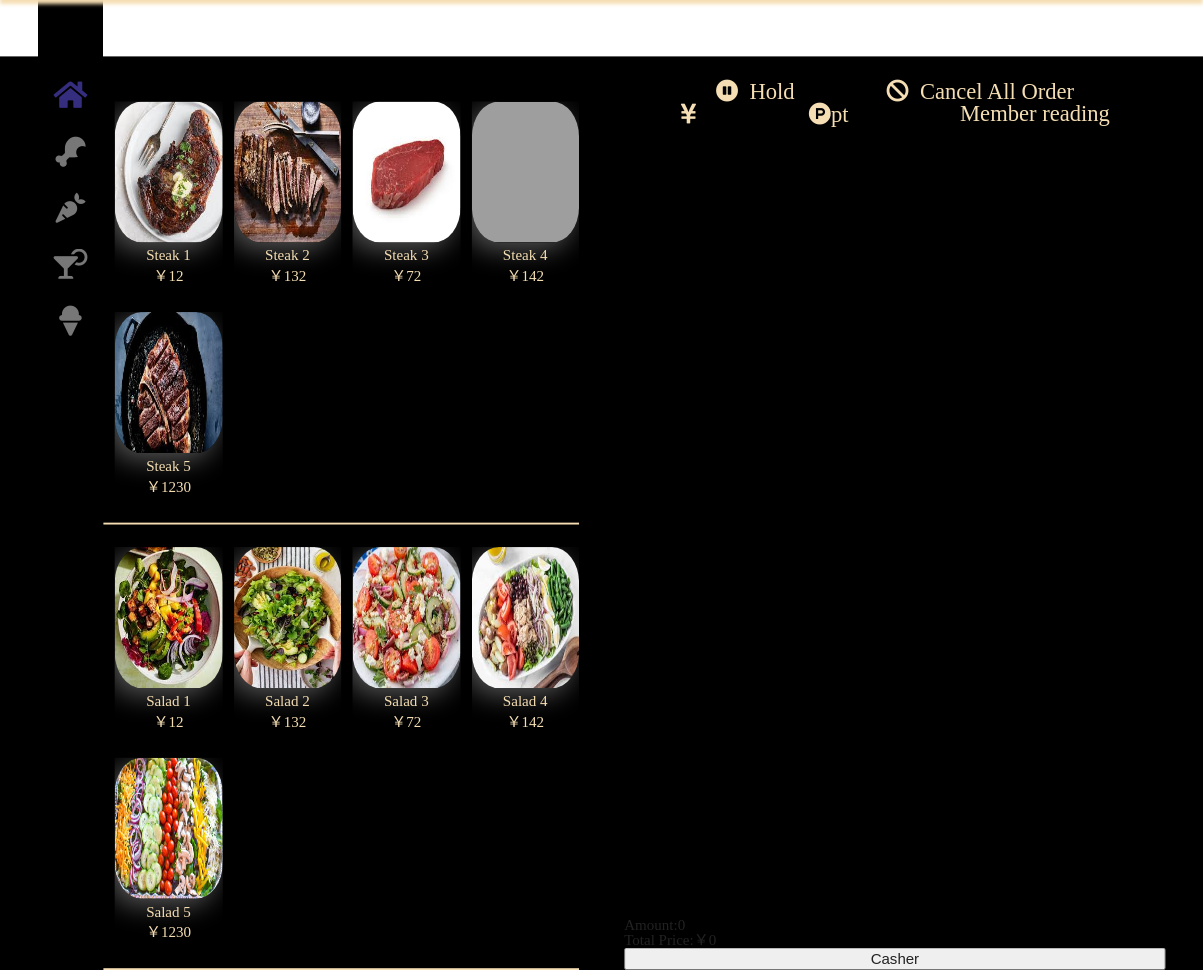
Repository: vuhungson158/Menu
Page: /
An editor plug-in stored every save of this project. The page is shown before and after the next save, followed by the edit.
The browser window is 1280 px wide. The pictures show the whole page, at 94% of full size.
Pictures or frames that could not be fetched are drawn as grey boxes. The project was rebuilt for these pictures with package versions that can differ from the ones it lists, and the page was loaded fresh each time. Also part of the build but not shown: src/component/mainMenu/orderBlock/orderContent/OrderedItem.jsx, src/redux-store/actions/HoldActions.jsx, src/component/mainMenu/orderBlock/utilities/HoldItem.jsx.

Above is the page before, as saved 2021-08-22 10:19:43.

### public/index.html
<!DOCTYPE html>
<html lang="en">
  <head>
    <meta charset="utf-8" />
    <link rel="icon" href="%PUBLIC_URL%/favicon.ico" />
    <meta name="viewport" content="width=device-width, initial-scale=1" />
    <meta name="theme-color" content="#000000" />
    <meta
      name="description"
      content="Web site created using create-react-app"
    />
    <link rel="apple-touch-icon" href="%PUBLIC_URL%/logo192.png" />
    <!--
      manifest.json provides metadata used when your web app is installed on a
      user's mobile device or desktop. See https://developers.google.com/web/fundamentals/web-app-manifest/
    -->
    <link rel="manifest" href="%PUBLIC_URL%/manifest.json" />
    <link rel="stylesheet" href="fontawesome-5.15.3-web/css/all.min.css">

    <!--
      Notice the use of %PUBLIC_URL% in the tags above.
      It will be replaced with the URL of the `public` folder during the build.
      Only files inside the `public` folder can be referenced from the HTML.

      Unlike "/favicon.ico" or "favicon.ico", "%PUBLIC_URL%/favicon.ico" will
      work correctly both with client-side routing and a non-root public URL.
      Learn how to configure a non-root public URL by running `npm run build`.
    -->
    <title>Restaurant Menu</title>
  </head>
  <body>
    <noscript>You need to enable JavaScript to run this app.</noscript>
    <div id="root"></div>
    <!--
      This HTML file is a template.
      If you open it directly in the browser, you will see an empty page.

      You can add webfonts, meta tags, or analytics to this file.
      The build step will place the bundled scripts into the <body> tag.

      To begin the development, run `npm start` or `yarn start`.
      To create a production bundle, use `npm run build` or `yarn build`.
    -->
  </body>
</html>

### src/redux-store/index.jsx
import { createStore, applyMiddleware } from "redux";
import { composeWithDevTools } from "redux-devtools-extension";
import thunk from "redux-thunk";
import rootReducer from "./reducers";

const initialState = {};

const middleware = [thunk];

const store = createStore(
    rootReducer,
    initialState,
    composeWithDevTools(applyMiddleware(...middleware))
);

export default store;

### src/component/mainMenu/index.jsx
import React from 'react';
import CenterMenu from './centerMenu';
import OrderBlock from './orderBlock';

const MainMenu = () => {
    return (
        <div id="main-menu">
            <div className="container">
                <div className="grid">
                    <CenterMenu />
                    <OrderBlock />
                </div>
            </div>
        </div >
    )
}

export default MainMenu

### src/styles/App.scss
@import "./_variables";
@import "./mixin";

* {
    box-sizing: border-box;
    font-family: "Fira sans", sans-serif;
}
body {
    font-size: 10px;
}

@media (max-width: $breakpoint_mobile) {
    :root {
        --container_width: 100%;
    }
}
@media (min-width: $breakpoint_mobile) {
    :root {
        --container_width: 720px;
    }
}
@media (min-width: $breakpoint_ipad) {
    :root {
        --container_width: 960px;
    }
}
@media (min-width: $breakpoint_sm_pc) {
    :root {
        --container_width: 1200px;
    }
}
@media (min-width: $breakpoint_pc) {
    :root {
        --container_width: 1800px;
    }
}

.container {
    margin: 0 auto;
    max-width: var(--container_width);
}

#navbar {
    position: fixed;
    height: $navbar_height;
    top: 0;
    left: 0;
    right: 0;
    z-index: $navbar_z-index;
    background-color: $background-color_1st;
    color: $color_1st;
    box-shadow: 0 4px 4px 0 $color_1st;
    transition: 0.5s;

    .container {
        position: relative;
        display: flex;
        align-items: center;
        justify-content: space-between;

        h1 {
            color: $color_1st;
            font-size: 3.6rem;
            font-weight: 900;
            letter-spacing: 2px;
            text-transform: uppercase;
        }

        #clock {
            font-size: 2.4rem;
            font-weight: 600;
        }

        .setting-icon {
            display: block;
            position: relative;
            z-index: 1;
            user-select: none;
            appearance: none;
            border: none;
            outline: none;
            background: none;
            cursor: pointer;

            span {
                display: block;
                position: relative;
                width: 36px;
                height: 4px;
                margin-bottom: 6px;
                background-color: $background-color_2nd;
                border-radius: 10%;
                z-index: 1;
                transform-origin: 0 0;
                transition: 0.5s;
            }

            &:hover span:nth-child(2) {
                background-color: $color_3rd;
            }

            &.active {
                span:nth-child(1) {
                    transform: translate(0px, -2px) rotate(45deg);
                }
                span:nth-child(2) {
                    opacity: 0;
                    transform: translateX(36px);
                }
                span:nth-child(3) {
                    transform: translate(-3px, 3px) rotate(-45deg);
                }
            }
            .setting-menu {
                position: absolute;
                right: 0;
                border: 2px solid $color_2nd;
                border-radius: 5%;
                overflow: hidden;
                padding: 12px;
                background-color: $background-color_1st;
                cursor: auto;
                animation: dropDown 0.2s;

                li {
                    min-width: 120px;
                    cursor: pointer;
                    text-align: center;
                    padding: 12px 8px;
                    font-size: 1.6rem;
                    transition: 0.2s;
                    &:hover {
                        transform: scale(1.2);
                        color: $color_3rd;
                    }
                }
            }
        }
    }
}

#main-menu {
    background-color: $background-color_1st;
    margin-top: $navbar_height;
    min-height: 100vh;
    .container {
        padding-top: 24px;
        .grid {
            --margin_left: 48px;
            display: flex;
            margin-left: calc(-1 * var(--margin_left));
            #center-menu,
            #order-block {
                margin-left: var(--margin_left);
                width: calc(50% - var(--margin_left));
            }
            #center-menu {
                --side-nav_width: 70px;
                #side-nav {
                    position: fixed;
                    top: 0;
                    bottom: 0;
                    width: var(--side-nav_width);
                    background: $background-color_1st;
                    overflow: hidden;
                    transition: width 0.2s;
                    z-index: 1;
                    &:hover {
                        width: 300px;
                    }
                    ul {
                        position: absolute;
                        top: 0;
                        left: 0;
                        width: 100%;
                        padding-left: 5px;
                        top: 10%;
                        li {
                            opacity: 0.5;
                            a {
                                position: relative;
                                display: block;
                                width: 100%;
                                display: flex;
                                text-decoration: none;
                                color: $color_2nd;
                                font-size: 2rem;
                                .icon {
                                    position: relative;
                                    display: block;
                                    min-width: 60px;
                                    height: 60px;
                                    line-height: 60px;
                                    text-align: center;
                                    i {
                                        position: relative;
                                        font-size: 2rem;
                                        z-index: 1;
                                    }
                                }
                                .title {
                                    position: relative;
                                    display: block;
                                    padding-left: 10px;
                                    height: 60px;
                                    line-height: 60px;
                                    white-space: nowrap;
                                }
                            }
                            &.active,
                            &:hover {
                                .icon,
                                .title {
                                    transition: 0.2s;
                                    color: $color_3rd;
                                }
                            }
                        }
                    }
                }
                #menu {
                    margin-left: calc(var(--side-nav_width) + 12px);
                    .page {
                        --spacing: 12px;
                        --columns: 4;
                        display: flex;
                        flex-wrap: wrap;
                        margin-left: calc(-1 * var(--spacing));
                        margin-top: calc(2 * var(--spacing));
                        border-bottom: 2px solid $background-color_2nd;
                        .food-item {
                            overflow: hidden;
                            margin-left: var(--spacing);
                            width: calc(100% / var(--columns) - var(--spacing));
                            display: flex;
                            flex-direction: column;
                            height: 200px;
                            cursor: pointer;
                            margin-bottom: calc(2 * var(--spacing));
                            transition: 0.2s;
                            &:hover .food-img {
                                box-shadow: 7px -7px 28px 0 $background-color_3rd;
                            }
                            .food-img {
                                height: 150px;
                                border-radius: 25%;
                                box-shadow: -7px 7px 28px 0 $box-shadow-color;
                            }
                            .food-name,
                            .food-price {
                                color: $color_1st;
                                text-align: center;
                                margin-top: calc(0.5 * var(--spacing));
                            }
                        }
                    }
                }
            }
            #order-block {
                display: flex;
                flex-direction: column;
                #utilities {
                    position: relative;
                    display: flex;
                    color: $color_1st;
                    justify-content: space-evenly;
                    font-size: 1.5rem;
                    z-index: 1;
                    & > div {
                        cursor: pointer;
                        transition: 0.2s;
                        &:hover {
                            color: $color_3rd;
                        }
                    }
                    #hold-table {
                        position: absolute;
                        left: 0;
                        width: 100%;
                        z-index: 100;
                        background-color: $background-color_1st;
                        border: 1px solid $background-color_2nd;
                        cursor: default;
                        text-align: center;
                        margin-top: 24px;
                        animation: dropDown 0.2s;
                        &:hover {
                            color: $color_1st;
                        }
                        thead {
                            background-color: $background-color_4th;
                            td {
                                color: $color_1st;
                                padding: 6px 0;
                                font-weight: 600;
                            }
                        }
                        tbody {
                            tr {
                                transition: 0.2s;
                                cursor: pointer;
                                box-sizing: border-box;
                                td {
                                    padding: 24px 0;
                                }
                                &:hover {
                                    color: $color_3rd;
                                    border: 1px solid $background-color_2nd;
                                }
                            }
                        }
                    }
                }
                #member-info{
                    display: flex;
                    justify-content: space-around;
                    color: $color_1st;
                    font-size: 1.5rem;
                }
                #order-list {
                    flex-grow: 1;
                }
            }
        }
    }
}

### src/redux-store/reducers/index.jsx
import { combineReducers } from "redux";
import HoldReducer from "./HoldReducer";
import MenuReducer from "./MenuReducer";
import OrderReducer from "./OrderReducer";

const rootReducer = combineReducers({
    menu: MenuReducer,
    order: OrderReducer,
    hold:HoldReducer
});

export default rootReducer;

### src/component/mainMenu/centerMenu/index.jsx
import React from 'react';
import MenuPage from './MenuPage';
import PropTypes from 'prop-types';
import { connect } from 'react-redux';
import SideBar from './sidebar';

const CenterMenu = ({ foods }) => {
    return (
        <div id="center-menu">
            <SideBar />
            <div id="menu">
                {
                    Object.entries(foods).map(page => (
                        <MenuPage key={page[0]} page={page[1]} />
                    ))
                }
            </div>
        </div >
    )
};

CenterMenu.prototype = {
    foods: PropTypes.array.isRequired,
};

const mapStateToProps = state => ({
    foods: state.menu.foods
});

export default connect(mapStateToProps)(CenterMenu)

### src/component/mainMenu/orderBlock/index.jsx
import React from 'react'
import MemberInfo from './MemberInfo'
import OrderedContent from './orderContent'
import Utilities from './utilities'


const OrderBlock = () => {

    return (
        <div id="order-block" className="d-flex flex-column">
            <Utilities />
            <MemberInfo />
            <OrderedContent />
            <button id="casher-btn" className="btn btn-primary">Casher</button>
        </div>
    )
}

export default OrderBlock

### src/component/navbar/Clock.jsx
import React, { useEffect, useState } from 'react'
import { showTime } from '../../pure-JS/MyTime';

const Clock = () => {

    const [clock, setClock] = useState("")

    useEffect(() => {
        const intervalClock = setInterval(() => setClock(showTime()), 1000);
        return () => clearInterval(intervalClock);
    }, []);

    return (
        <div id="clock">{clock ? clock : showTime()}</div>
    )
}

export default Clock

### src/styles/_variables.scss
:root {
    --spacing: 0;
    --container_width: 0;
    --columns: 0;
}

// Color
$color_1st: wheat;
$color_2nd: #eee;
$color_3rd: #6a5af9;
$color_4th: #3d6ef7;
$color_light: #ededed;
$color_dark: black;

$box-shadow-color: #555;

// Background Color
$background-color_1st: black;
$background-color_2nd: wheat;
$background-color_3rd: #6a5af9;
$background-color_4th: #3D6EF7;;

// z-index
$navbar_z-index: 99;

// Height
$navbar_height: 60px;

// Width
$breakpoint_mobile: 768px;
$breakpoint_ipad: 1024px;
$breakpoint_sm_pc: 1224px;
$breakpoint_pc: 1824px;

### src/styles/_mixin.scss
@keyframes dropDown {
    0% {
        transform: translateY(-100px);
    }
    100% {
        transform: skewY(0);
    }
}

### src/redux-store/reducers/HoldReducer.jsx
import { MAKE_HOLD } from "../actions/TYPE";

var initialState = {
    holder: [{}, {}, {}, {}, {}, {}, {}, {}, {}, {}]
}

const HoldReducer = (state = initialState, action) => {
    const { type, payload } = action;

    switch (type) {
        case MAKE_HOLD:
            if (payload.totalAmount === 0) {
                state.holder[payload.index] = {};
                return state;
            } else {
                state.holder[payload.index] = payload;
                return state;
            }
        default:
            return state;
    }
};

export default HoldReducer;

### src/redux-store/reducers/MenuReducer.jsx
import { SWITCH_BRANCH } from "../actions/TYPE";
import { MenuInitialState } from "./MenuInitialState";

const MenuReducer = (state = MenuInitialState, action) => {
    const { type, payload } = action;

    switch (type) {
        case SWITCH_BRANCH:
            return {
                ...state,
                branchs: state.branchs.map((branch) => {
                    if (branch.id === payload) branch.active = true;
                    else if (branch.active) branch.active = false;
                    return branch;
                })
            };
        default:
            return state;
    }
};

export default MenuReducer;

### src/component/mainMenu/centerMenu/MenuPage.jsx
import React from 'react'
import MenuItem from './MenuItem'

const MenuPage = ({ page }) => {
    return (
        <div className="page">
            {
                page.map((food) => (
                    <MenuItem key={food.id} food={food} />
                ))
            }
        </div>
    )
}

export default MenuPage

### src/component/mainMenu/centerMenu/sidebar/index.jsx
import React from 'react'
import PropTypes from 'prop-types';
import { connect } from 'react-redux';
import { switchBranch } from '../../../../redux-store/actions/MenuActions';

const SideBar = ({branchs, switchBranch}) => {
    return (
        <div id="side-nav" className="side-nav">
            <ul>
                {
                    branchs.map((branch) => (
                        <li key={branch.id} className={branch.active ? "list active" : "list"} >
                            <a href="/#" onClick={() => switchBranch(branch.id)}>
                                <span className="icon"><i className={branch.icon}></i></span>
                                <span className="title">{branch.name}</span>
                            </a>
                        </li>
                    ))
                }
            </ul>
        </div>
    )
}

SideBar.prototype = {
    branchs: PropTypes.array.isRequired,
    switchBranch: PropTypes.func.isRequired
};

const mapStateToProps = state => ({
    branchs: state.menu.branchs
});

export default connect(mapStateToProps, { switchBranch })(SideBar)

### src/component/mainMenu/orderBlock/MemberInfo.jsx
import React from 'react'

const MemberInfo = () => {
    return (
        <div id="member-info">
            <div>
                <i className="fas fa-yen-sign"></i>
                <span></span>
            </div>
            <div>
                <i className="fab fa-product-hunt"></i>
                <span>pt</span>
            </div>
            <div>
                Member reading
            </div>
        </div>
    )
}

export default MemberInfo

### src/component/mainMenu/centerMenu/MenuItem.jsx
import React from 'react'
import PropTypes from 'prop-types';
import { connect } from 'react-redux';
import { addToOrder } from '../../../redux-store/actions/OrderActions';

const MenuItem = ({ food, addToOrder }) => {

    return (
        <div className="food-item" key={food.id} onClick={() => { addToOrder(food) }}>
            <img className="food-img" src={food.img} alt="" />
            <div className="food-name">{food.name}</div>
            <div className="food-price">￥{food.price}</div>
        </div>
    )
}

MenuItem.prototype = {
    addToOrder: PropTypes.func.isRequired,
};

const mapStateToProps = state => ({
});

export default connect(mapStateToProps, { addToOrder })(MenuItem)

### src/redux-store/actions/MenuActions.jsx
import { SWITCH_BRANCH } from "./TYPE";


export const switchBranch = newID => dispatch => {
    dispatch({
        type: SWITCH_BRANCH,
        payload: newID
    })
};

### src/redux-store/actions/OrderActions.jsx
import { ADD_ORDER, AMOUNT_DOWN, AMOUNT_UP, CHANGE_AMOUNT, CLEAR_ALL, HOLD_TO_ORDER } from "./TYPE";
import { v4 as uuidV4 } from "uuid";

export const addToOrder = item => dispatch => {
    dispatch({
        type: ADD_ORDER,
        payload: { ...item, id: uuidV4(), amount: 1 }
    })
};

export const holdToOrder = orders => dispatch => {
    dispatch({
        type: HOLD_TO_ORDER,
        payload: orders
    })
};

export const changeAmount = (id, amount) => dispatch => {
    dispatch({
        type: CHANGE_AMOUNT,
        payload: { id, amount: parseInt(amount, 10) }
    })
};

export const amountUp = id => dispatch => {
    dispatch({
        type: AMOUNT_UP,
        payload: id
    })
};

export const amountDown = (id, amount) => dispatch => {
    dispatch({
        type: AMOUNT_DOWN,
        payload: { id, amount }
    })
};

export const clearAll = () => dispatch => {
    dispatch({
        type: CLEAR_ALL,
        payload: null
    })
};

Loaded but not shown: src/serviceWorker.js (common file); src/styles/Reset.css (common file); public/fontawesome-5.15.3-web/css/all.min.css (library); src/redux-store/reducers/MenuInitialState.js (124 lines, source omitted); src/index.js (20 lines, source omitted); src/redux-store/actions/TYPE.js (13 lines, source omitted); src/pure-JS/MyTime.js (13 lines, source omitted); src/App.js (16 lines, source omitted); src/redux-store/reducers/OrderReducer.jsx (71 lines, source omitted); src/component/mainMenu/orderBlock/utilities/index.jsx (54 lines, source omitted); src/component/navbar/index.jsx (47 lines, source omitted); src/component/mainMenu/orderBlock/orderContent/index.jsx (43 lines, source omitted)

After the next save:
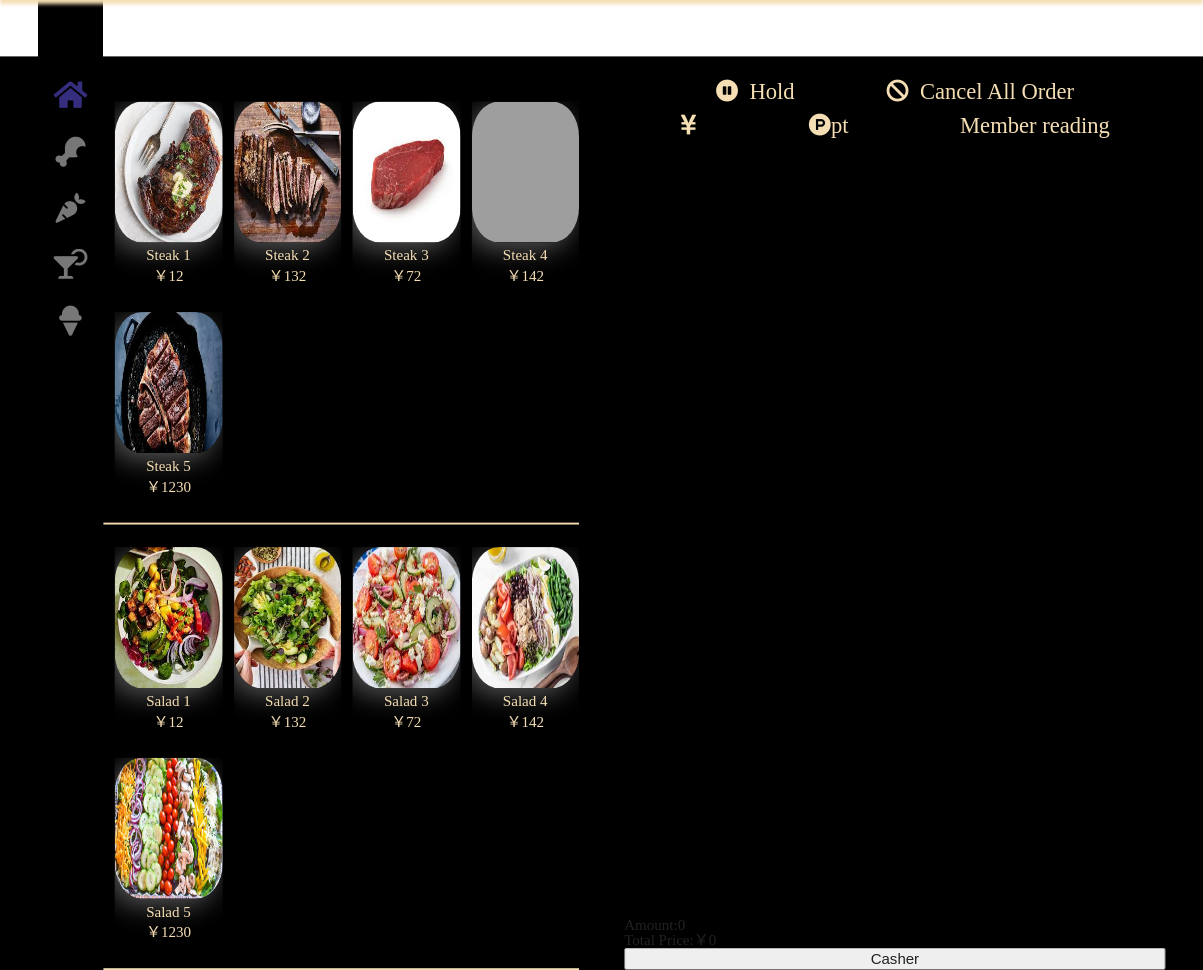
Saved 16 s later.
--- a/src/styles/App.scss
+++ b/src/styles/App.scss
@@ -316,6 +316,7 @@ body {
                     justify-content: space-around;
                     color: $color_1st;
                     font-size: 1.5rem;
+                    margin-top: 12px;
                 }
                 #order-list {
                     flex-grow: 1;
